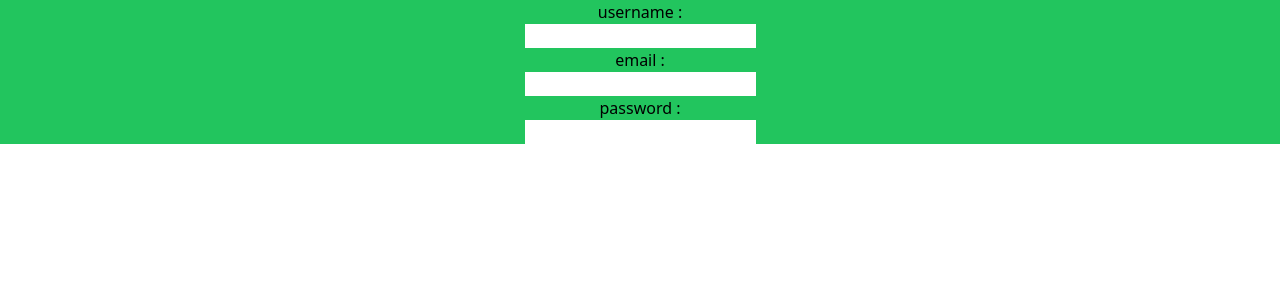
Repository: Emy-gold/alx-fe-reactjs
Page: / (app in form-handling-react/)
These files come from the project's save history. The page is drawn as it stood at one moment and after the next save; the edit follows.
The browser window is 1280 px wide. The pictures show the whole page.
The project was rebuilt for these pictures with package versions that can differ from the ones it lists, and the page was loaded fresh each time. Also part of the build but not shown: form-handling-react/vite.config.js.

Above is the page before, as saved 2025-08-22 21:03:06.

After the next save:
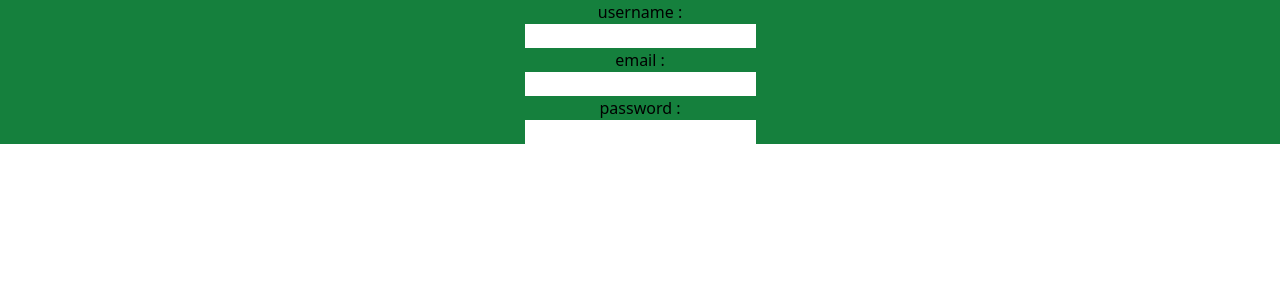
Saved 13 s later.
--- a/form-handling-react/src/components/RegistrationForm.jsx
+++ b/form-handling-react/src/components/RegistrationForm.jsx
@@ -17,7 +17,7 @@ function RegistrationForm() {
 
     return (
         <div className='w-full mx-auto h-screen'>
-            <form onSubmit={handleSubmit} className='flex flex-col items-center bg-green-500'>
+            <form onSubmit={handleSubmit} className='flex flex-col items-center bg-green-700'>
                 <label>username :</label>
                 <input
                     type="text"
